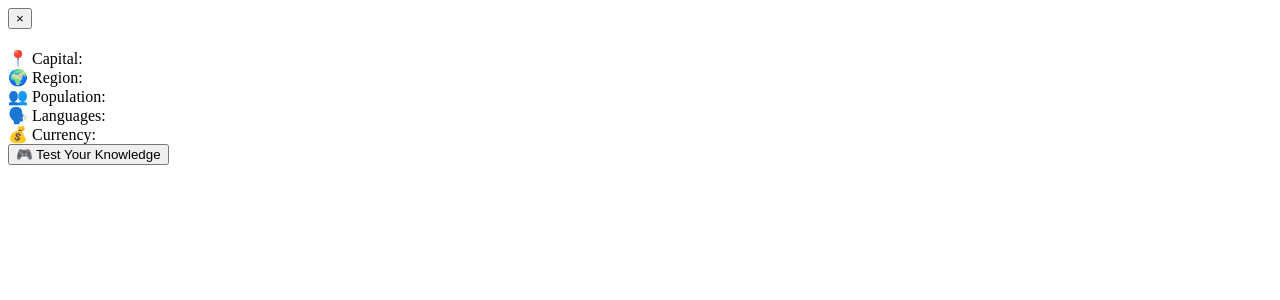
Repository: Amr-Ma7moud/FlagScape
Page: htmlUtil/countryModal.html
An editor plug-in stored every save of this project. The page is shown before and after the next save, followed by the edit.
The browser window is 1280 px wide. The pictures show the whole page.

Above is the page before, as saved 2025-12-01 22:34:28.

After the next save:
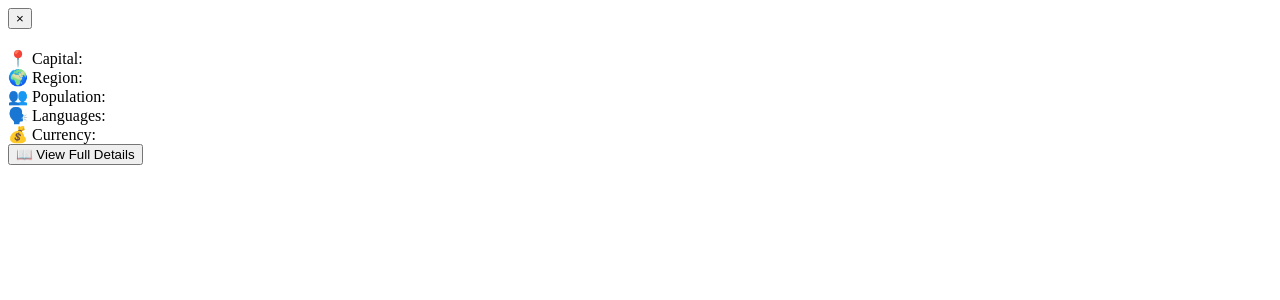
Saved 7 s later.
--- a/htmlUtil/countryModal.html
+++ b/htmlUtil/countryModal.html
@@ -30,8 +30,8 @@
                 </div>
             </div>
             <div class="modal-actions">
-                <button id="modal-quiz-btn" class="quiz-btn">
-                    🎮 Test Your Knowledge
+                <button id="modal-details-btn" class="details-btn">
+                    📖 View Full Details
                 </button>
             </div>
         </div>
